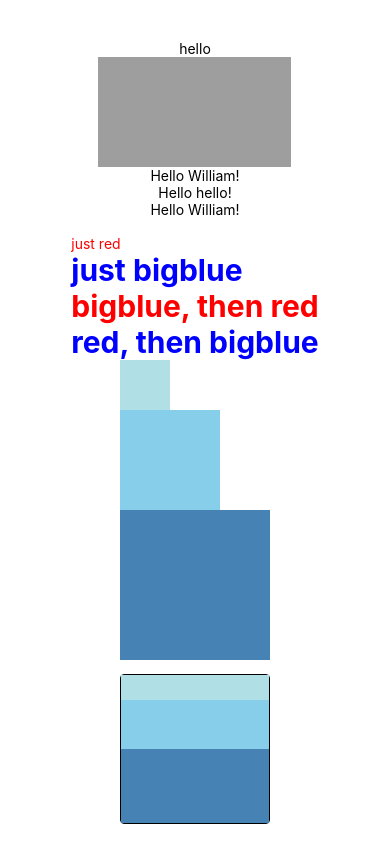
Repository: wcc17/project-adara
Screen: / (app in ProjectAdara/)
An editor plug-in stored every save of this project. The screen is shown before and after the next save, followed by the edit.
Pictures or frames that could not be fetched are drawn as grey boxes. The app was drawn by React Native's web renderer in a window 390 px wide. The project was rebuilt for these pictures with package versions that can differ from the ones it lists, and the page was loaded fresh each time. Also part of the build but not shown: ProjectAdara/src/components/AlignItemsComponent.js.

Above is the screen before, as saved 2018-05-27 14:26:45.

After the next save:
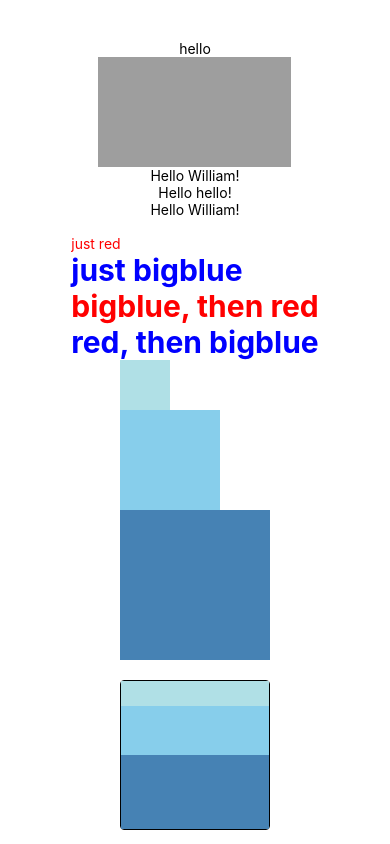
Saved 100 s later.
--- a/ProjectAdara/App.js
+++ b/ProjectAdara/App.js
@@ -96,7 +96,7 @@ class FixedDimensionsComponent extends Component {
 
 const styles = StyleSheet.create({
     container: {
-        flex: 1,
+        // flex: 1,
         backgroundColor: '#fff',
         alignItems: 'center',
         paddingVertical: 20,
